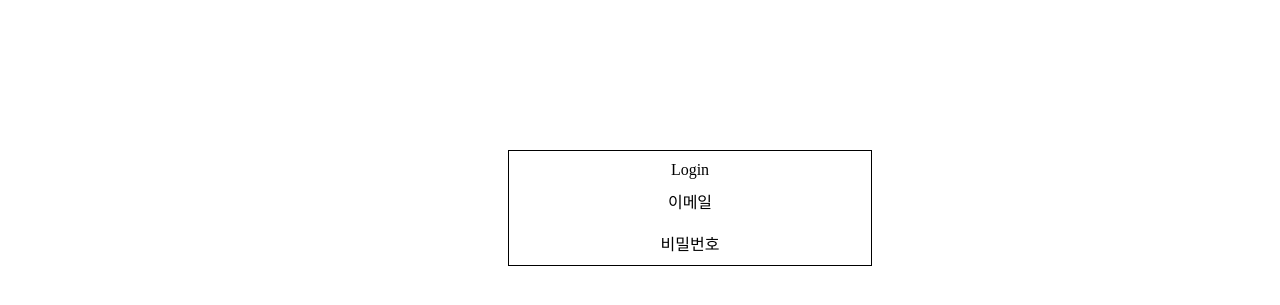
Repository: smandkd/Multicampus_Frontend
Page: http://localhost/Mulcam_Project/jsp/login.jsp
An editor plug-in stored every save of this project. The page is shown before and after the next save, followed by the edit.
The browser window is 1280 px wide. The pictures show the whole page.
The page is served by Tomcat 9.

Above is the page before, as saved 2022-01-30 02:02:48.

After the next save:
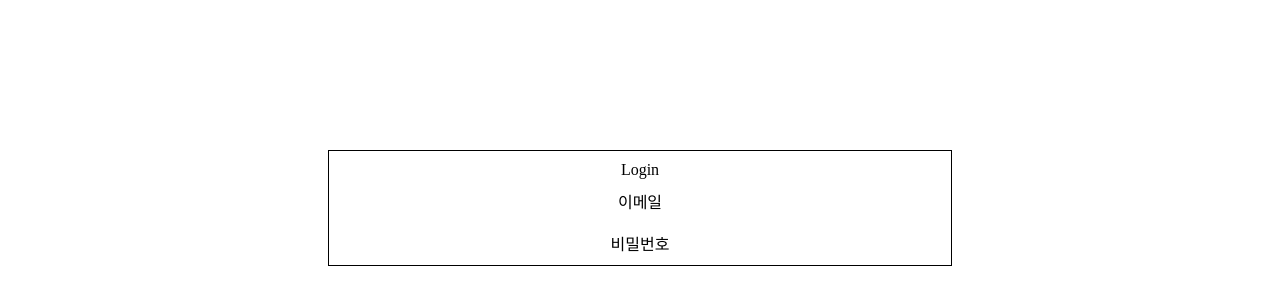
Saved 13 s later.
--- a/Mulcam_Project/jsp/login.jsp
+++ b/Mulcam_Project/jsp/login.jsp
@@ -7,8 +7,8 @@
 <style type="text/css">
 .a {
 	text-align:center;
-	margin-right:400px;
-	margin-left:500px;
+	margin-right:320px;
+	margin-left:320px;
 	margin-top:150px;
 	padding-top:10px;
 	border:1px solid;
